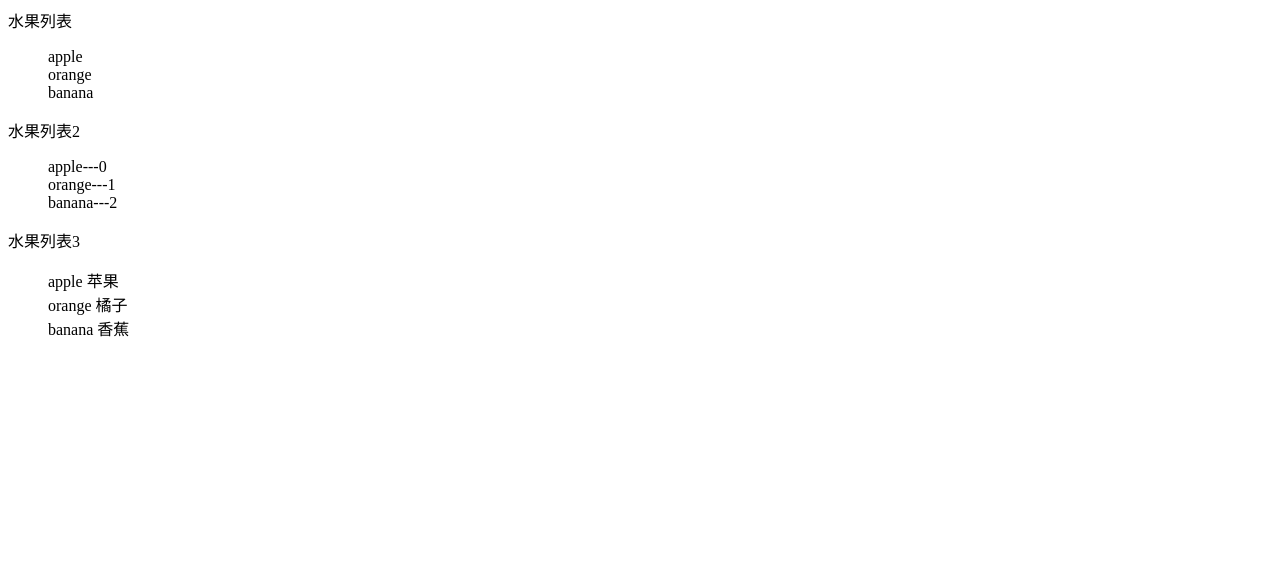
Repository: chenguocan/Vue_demo_1
Page: 循环结构.html
The author's editor kept a copy of each file at every save. The page is drawn from the files as they stood at one save, then again after the next save.
The browser window is 1280 px wide. The pictures show the whole page.

Above is the page before, as saved 2020-07-20 16:03:51.

After the next save:
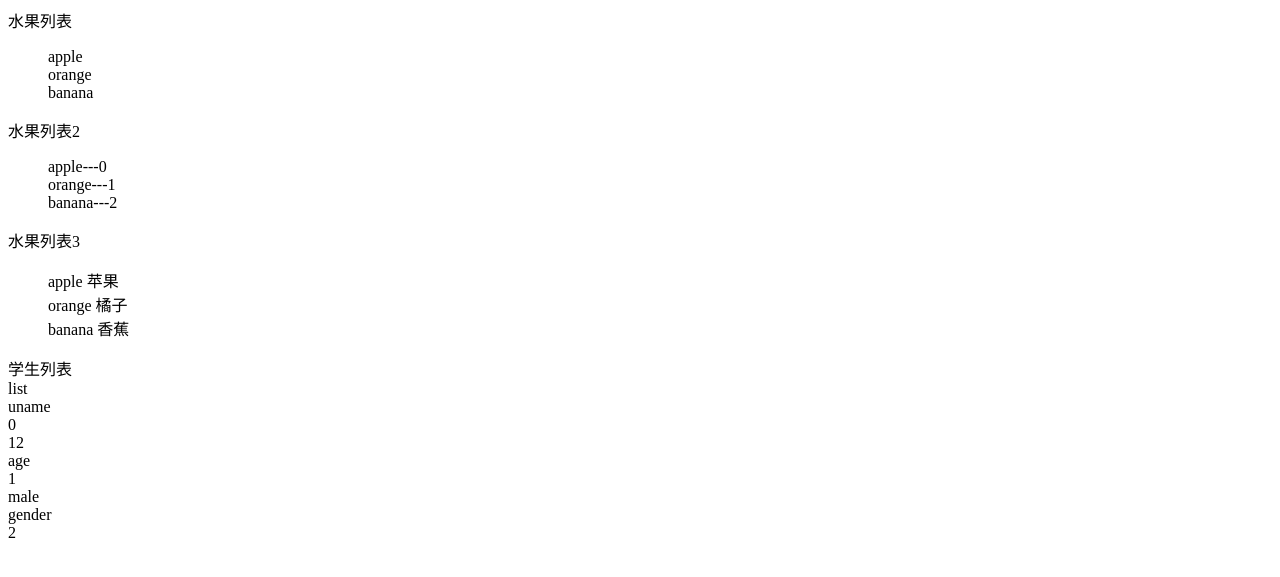
Saved 64 s later.
--- a/循环结构.html
+++ b/循环结构.html
@@ -27,6 +27,12 @@
           <span>{{item.cname}}</span>
         </li>
       </ul>
+      <div>学生列表</div>
+      <div v-for="(value,key,index) in obj">
+        <li>{{value}}</li>
+        <li>{{key}}</li>
+        <li>{{index}}</li>
+      </div>
     </div>
   </body>
   <script src="./js/vue.js"></script>
